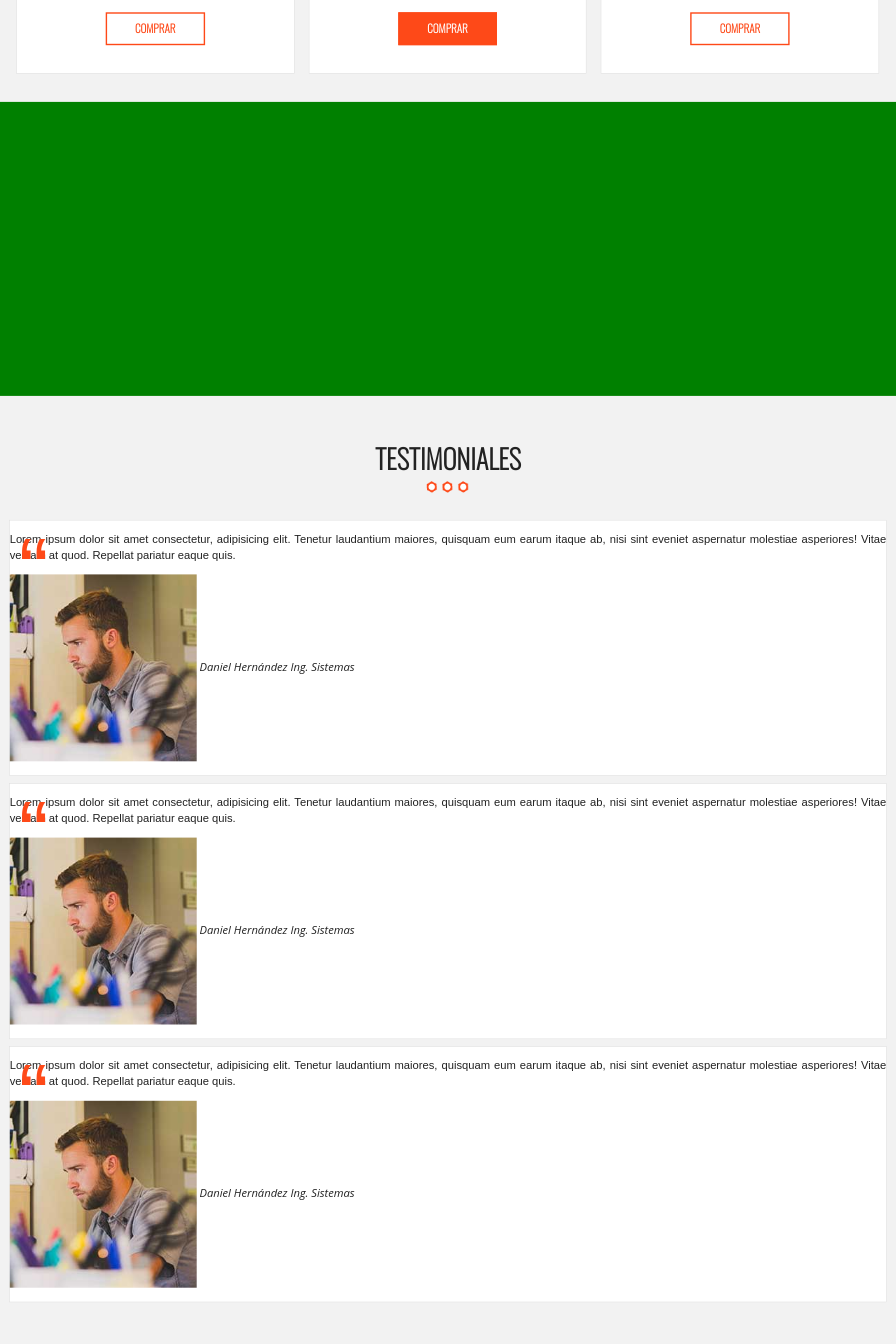
Repository: edgarhdzp/pagina-conferencias-reservaciones
Page: index.html
The author's editor kept a copy of each file at every save. The page is drawn from the files as they stood at one save, then again after a run of saves.
The browser window is 1280 px wide. The pictures show the part of the page from y = 3892 to 5812 px (the page is 5812 px tall), at 70% of full size.

Above is the page before, as saved 2020-07-01 19:18:47.

After the next 2 saves:
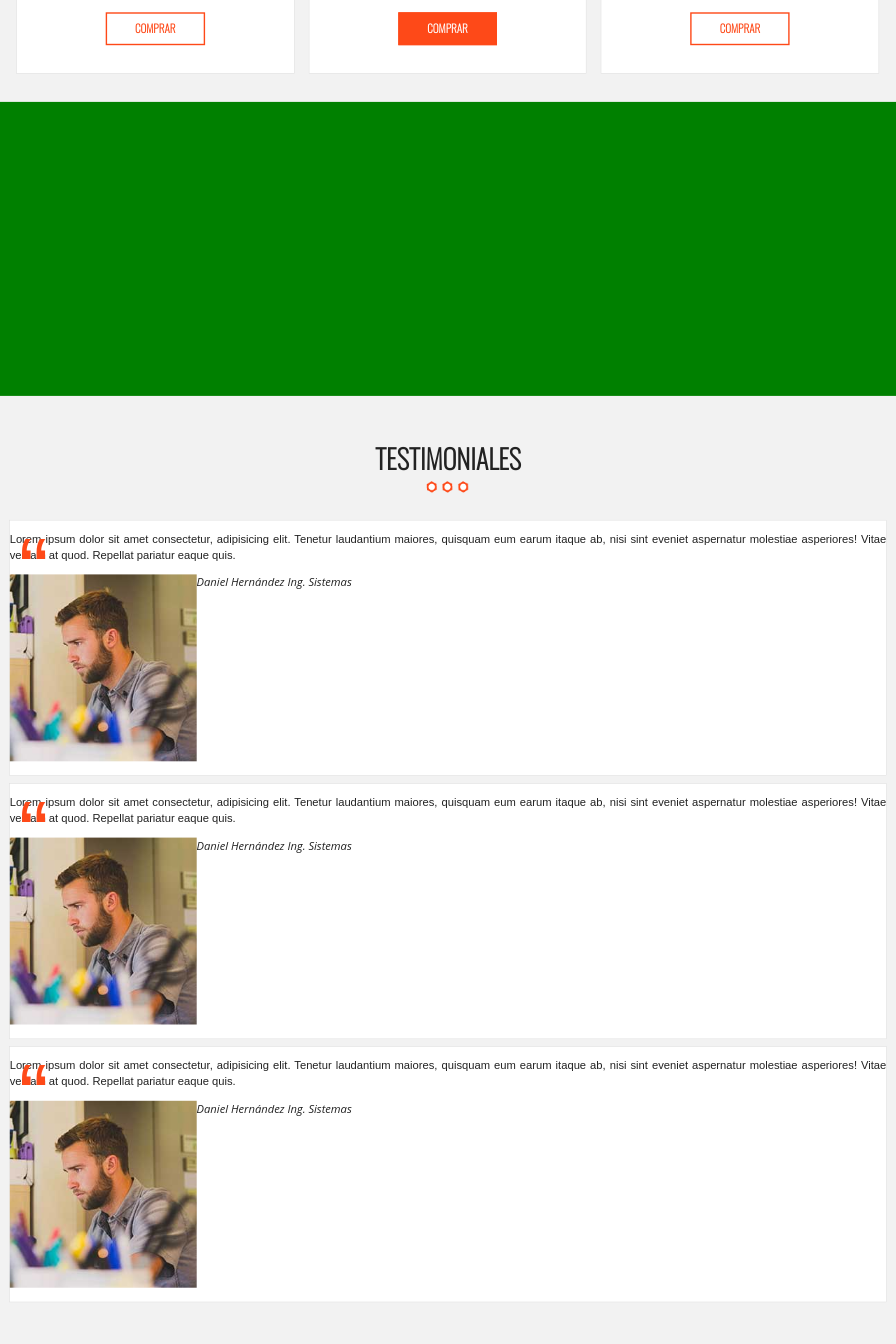
The 2 saves are shown as one change because they came seconds apart.
The last was saved 8 s later.
--- a/css/main.css
+++ b/css/main.css
@@ -687,7 +687,9 @@ footer.info-testimonial {
     padding: 0;
 }
 
-footer.info-testimonial img {}
+footer.info-testimonial img {
+    float: left;
+}
 
 
 /* div.logo img {
